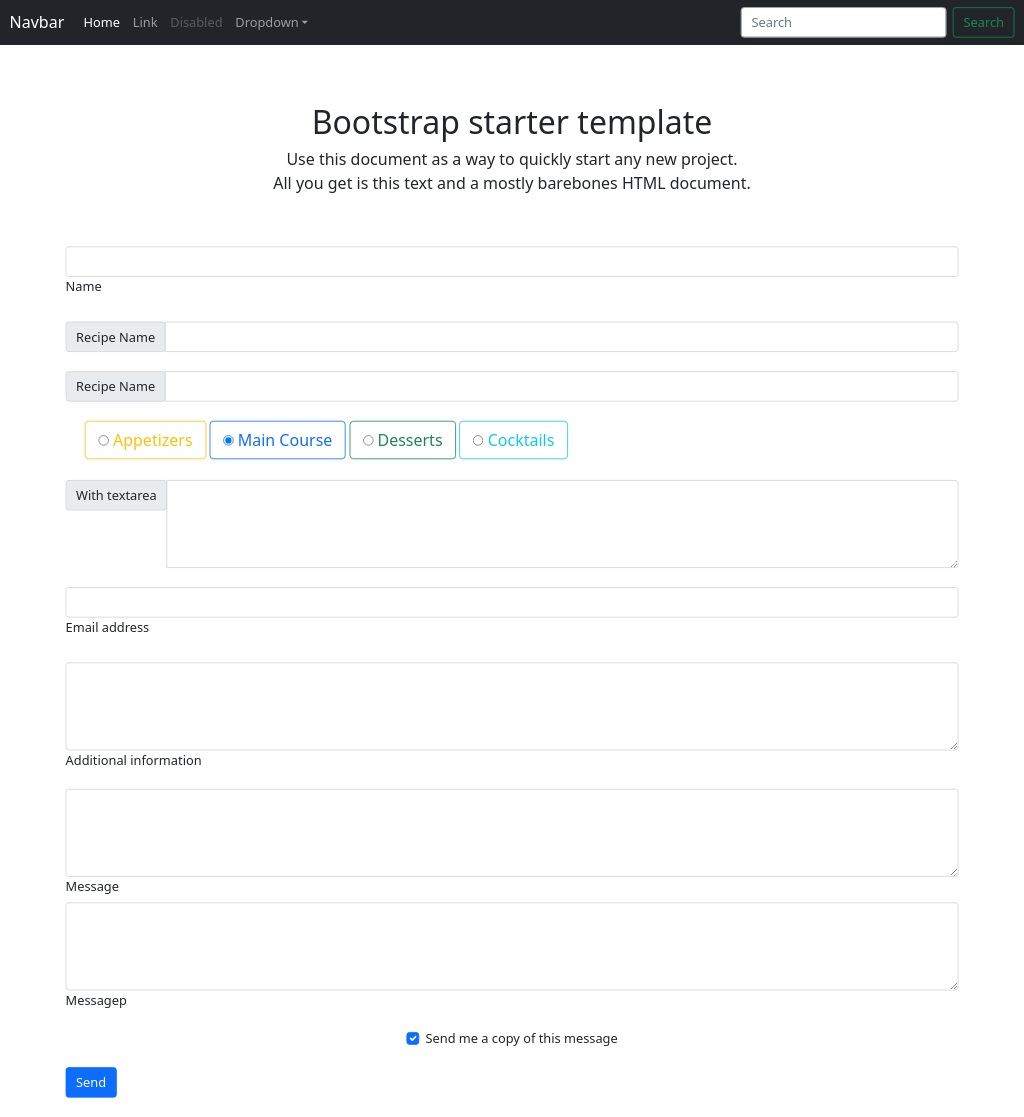
Repository: jerrywthompson/createRecipeWebpageHTML
Page: index.html
These files come from the project's save history. The page is drawn as it stood at one moment and after the next save; the edit follows.
The browser window is 1280 px wide. The pictures show the whole page, at 80% of full size.

Above is the page before, as saved 2021-02-23 22:03:02.

After the next save:
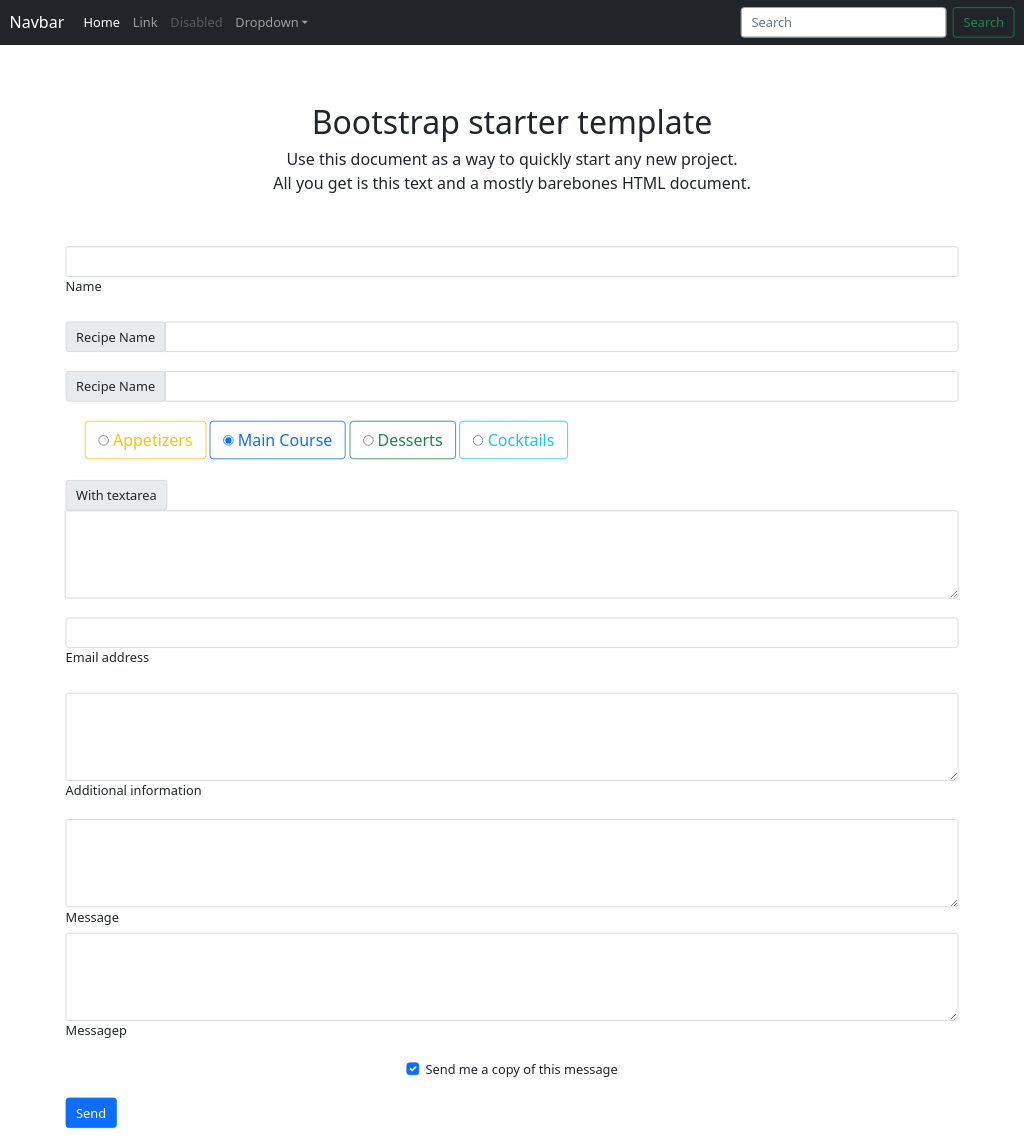
Saved 48 s later.
--- a/index.html
+++ b/index.html
@@ -121,7 +121,7 @@
                         </div>
 
                         <div class="input-group mb-4">
-                            <div class="input-group-prepend">
+                            <div class="input-group">
                                 <span class="input-group-text">With textarea</span>
                             </div>
                             <textarea class="form-control" name="comments" id="form4Example3" rows="4"></textarea>

After the 2 saves that followed:
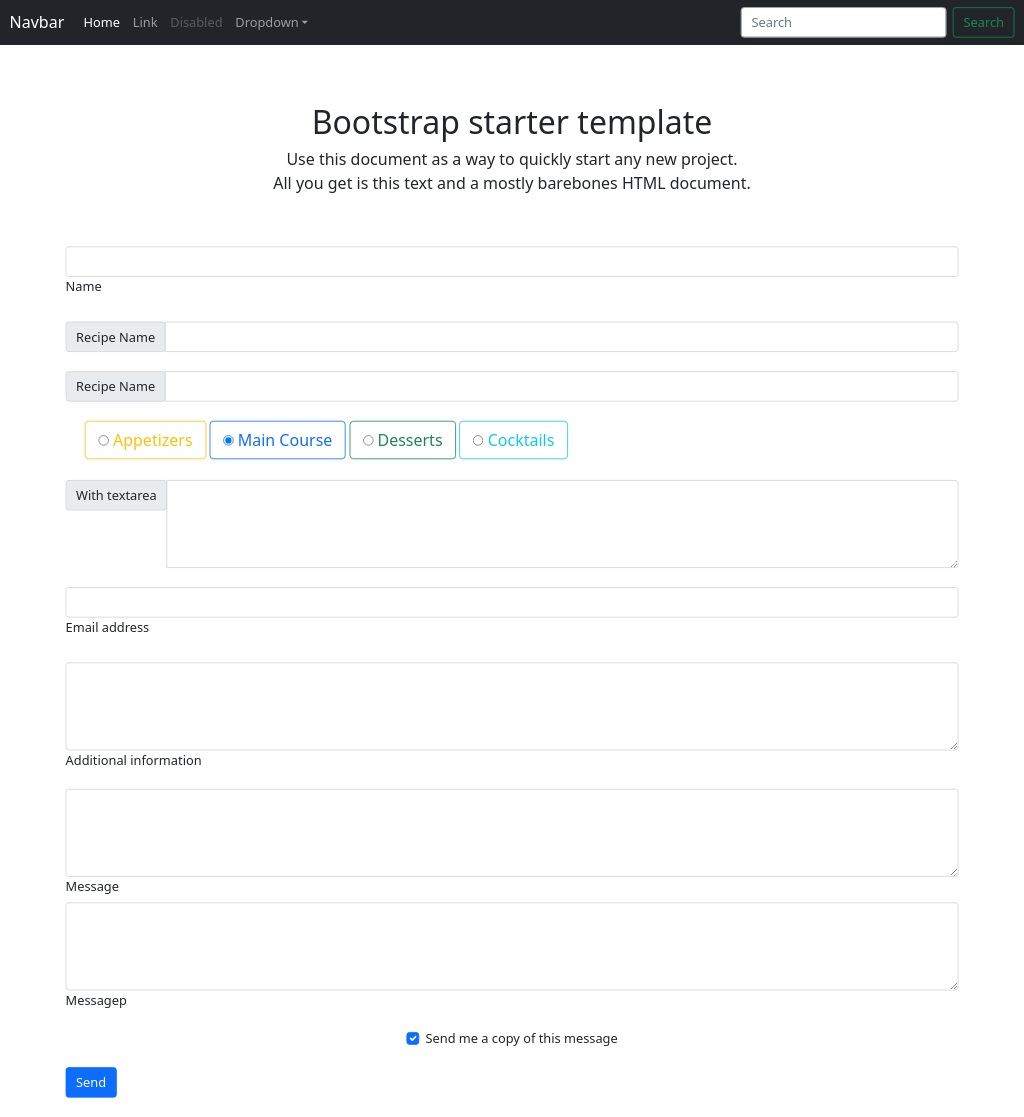
The 2 saves are shown as one change because 1 left the picture as it was.
The last was saved 6 min 4 s later.
--- a/index.html
+++ b/index.html
@@ -121,11 +121,12 @@
                         </div>
 
                         <div class="input-group mb-4">
-                            <div class="input-group">
+                            <div class="input-group-prepend">
                                 <span class="input-group-text">With textarea</span>
                             </div>
                             <textarea class="form-control" name="comments" id="form4Example3" rows="4"></textarea>
                         </div>
+
                         <!-- Email input -->
                         <div class="form-outline mb-4">
                             <input type="email" id="form4Example2" class="form-control" />
